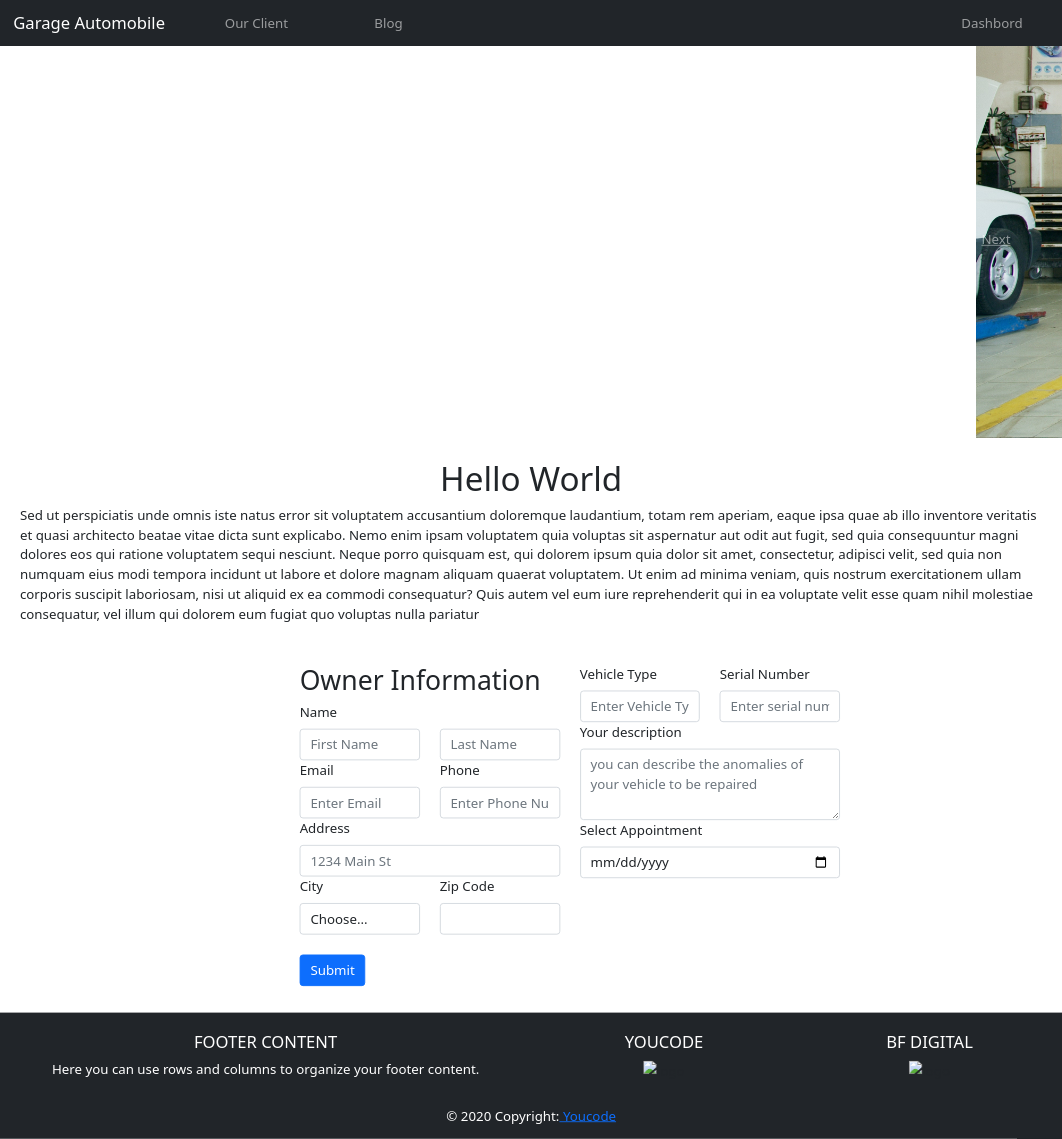
Repository: abdelhak-f/Fil-Rouge
Page: / (app in client/)
The author's editor kept a copy of each file at every save. The page is drawn from the files as they stood at one save, then again after the next save.
The browser window is 1280 px wide. The pictures show the whole page, at 83% of full size.
The project was rebuilt for these pictures with package versions that can differ from the ones it lists, and the page was loaded fresh each time.

Above is the page before, as saved 2021-09-06 12:26:21.

After the next save:
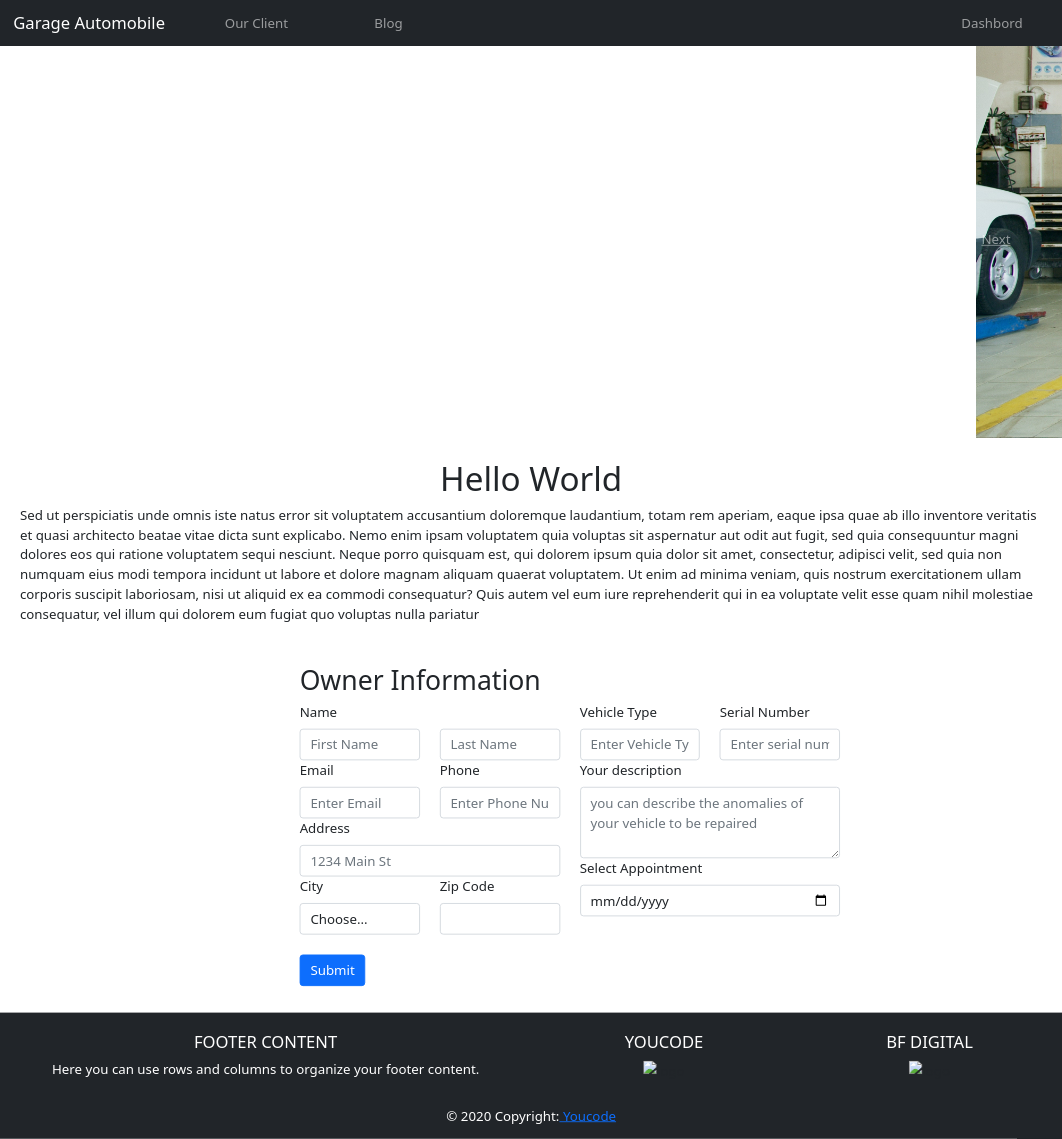
Saved 51 s later.
--- a/client/src/components/forms/FirstFrontForm.jsx
+++ b/client/src/components/forms/FirstFrontForm.jsx
@@ -10,11 +10,11 @@ import {Form, Container,Jumbotron, Button, Row, Col} from 'react-bootstrap';
             <Col md={{ span: 7, offset: 3 }}>
               <Jumbotron>
                 <Form>
-
+                <h2>Owner Information</h2>
                     <Row>
                       <Col>
                         <Form.Group>
-                          <h2>Owner Information</h2>
+
                           <Form.Label>Name</Form.Label>
                     <Row>
                       <Col>
